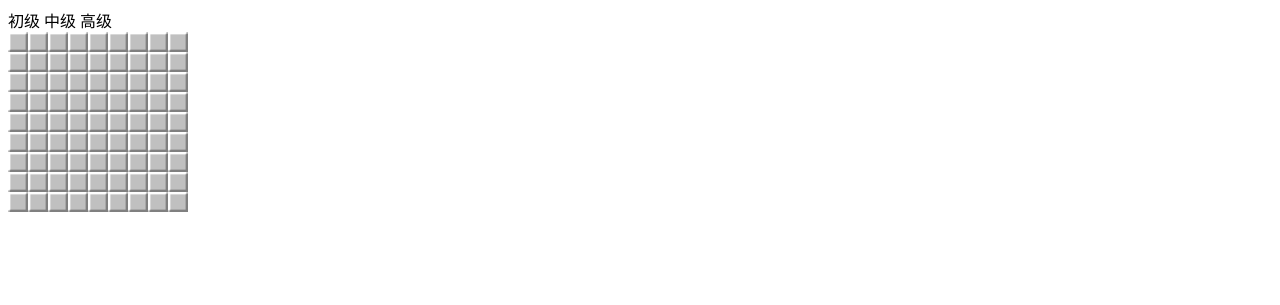
Repository: vLinv/MineSweeper
Page: index.html
An editor plug-in stored every save of this project. The page is shown before and after the next save, followed by the edit.
The browser window is 1280 px wide. The pictures show the whole page.

Above is the page before, as saved 2022-02-18 10:14:11.

After the next save:
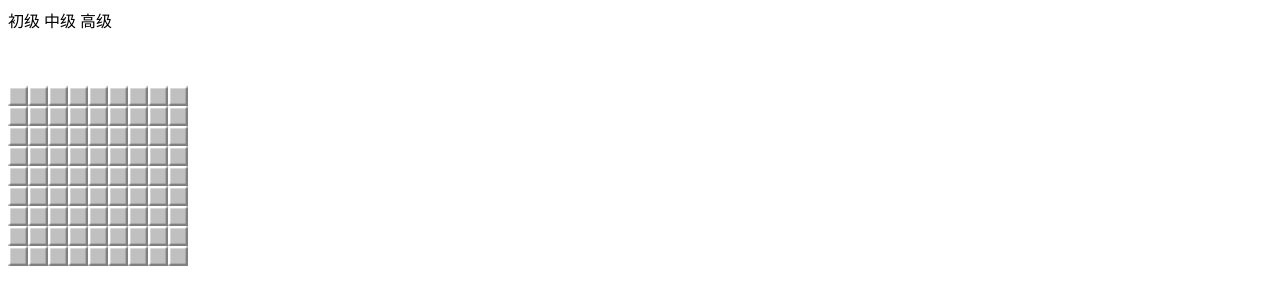
Saved 105 s later.
--- a/index.html
+++ b/index.html
@@ -14,7 +14,16 @@
     <span>中级</span>
     <span>高级</span>
   </div>
-  <canvas id="canvas" width="180" height="180"></canvas>
+  <div class="game_wrap">
+    <div class="header_wrap">
+      <canvas id="mineNumCanvas" width="39" height="23"></canvas>
+      <div class="face_btn"></div>
+      <canvas id="timeCanvas" width="39" height="23"></canvas>
+    </div>
+    <div class="section_wrap">
+      <canvas id="canvas" width="180" height="180"></canvas>
+    </div>
+  </div>
   <script>
     /** @type {HTMLCanvasElement} */
     const canvasNode = document.getElementById('canvas')
